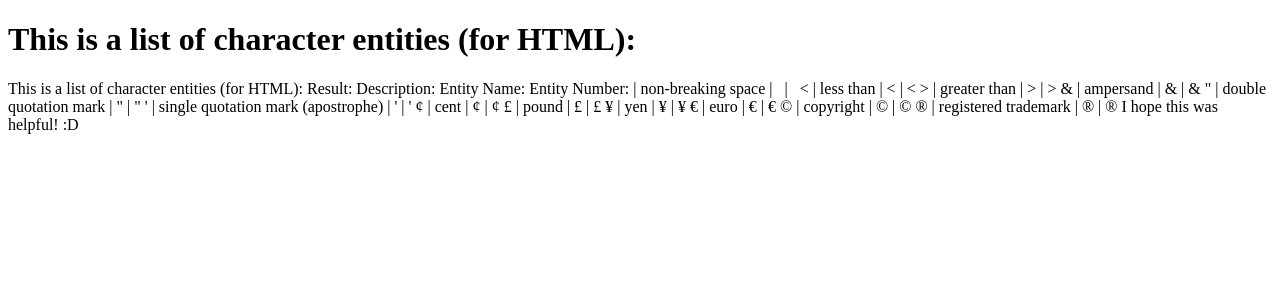
Repository: linas-dev/HTML-CSS-Projects
Page: Basic_HTML_and_CSS/Basic_HTML_5.html
An editor plug-in stored every save of this project. The page is shown before and after the next save, followed by the edit.
The browser window is 1280 px wide. The pictures show the whole page.

Above is the page before, as saved 2021-05-30 10:50:44.

### Basic_HTML_and_CSS/Basic_HTML_5.html
<!DOCTYPE html>
<html lang="en">
<head>
    <meta charset="UTF-8">
    <meta http-equiv="X-UA-Compatible" content="IE=edge">
    <meta name="viewport" content="width=device-width, initial-scale=1.0">
    <link rel="stylesheet" href="Basic_CSS_2.css">
    <title>Document</title>
</head>
<body>

    <h1>This is a list of character entities (for HTML):</h1>







    This is a list of character entities (for HTML):

Result:    Description:                         Entity Name:    Entity Number:
         | non-breaking space                 | &nbsp;        | &#160;
  <      | less than                          | &lt;          | &#60;
  >      | greater than                       | &gt;          | &#62;
  &      | ampersand                          | &amp;         | &#38;
  "      | double quotation mark              | &quot;        | &#34;
  '      | single quotation mark (apostrophe) | &apos;        | &#39;
  ¢      | cent                               | &cent;        | &#162;
  £      | pound                              | &pound;       | &#163;
  ¥      | yen                                | &yen;         | &#165;
  €      | euro                               | &euro;        | &#8364;
  ©      | copyright                          | &copy;        | &#169;
  ®      | registered trademark               | &reg;         | &#174;

I hope this was helpful! :D
</body>
</html>

### Basic_HTML_and_CSS/Basic_CSS_2.css
p {
    color: #2E5757;
    background: #F0DFEE;
    font-weight: bolder;
    text-align: right;
}

.table {
    border-collapse: collapse;
    margin: 25px 0;
    font-size: 0.9em;
    min-width: 400px;
}

.table thead tr {
    background-color: #009879;
    color: #fff;
    text-align: left;
    font-weight: bold;
}

.table th, .table td {
    padding: 7px 5px;
}

.table tbody tr {
    border-bottom: 1px solid #dddddd;
}

.hoveref:hover {
    background-color: #4F0444;
    color: white;
}

After the next save:
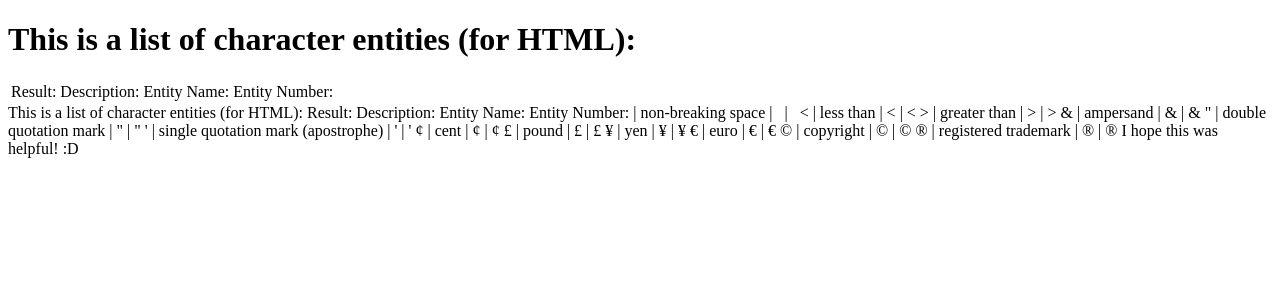
Saved 106 s later.
--- a/Basic_HTML_and_CSS/Basic_HTML_5.html
+++ b/Basic_HTML_and_CSS/Basic_HTML_5.html
@@ -10,6 +10,15 @@
 <body>
 
     <h1>This is a list of character entities (for HTML):</h1>
+
+    <table>
+        <thead>
+            <td>Result:</td>
+            <td>Description: </td>
+            <td>Entity Name:</td>
+            <td>Entity Number:</td>
+        </thead>
+    </table>
 
 
 
